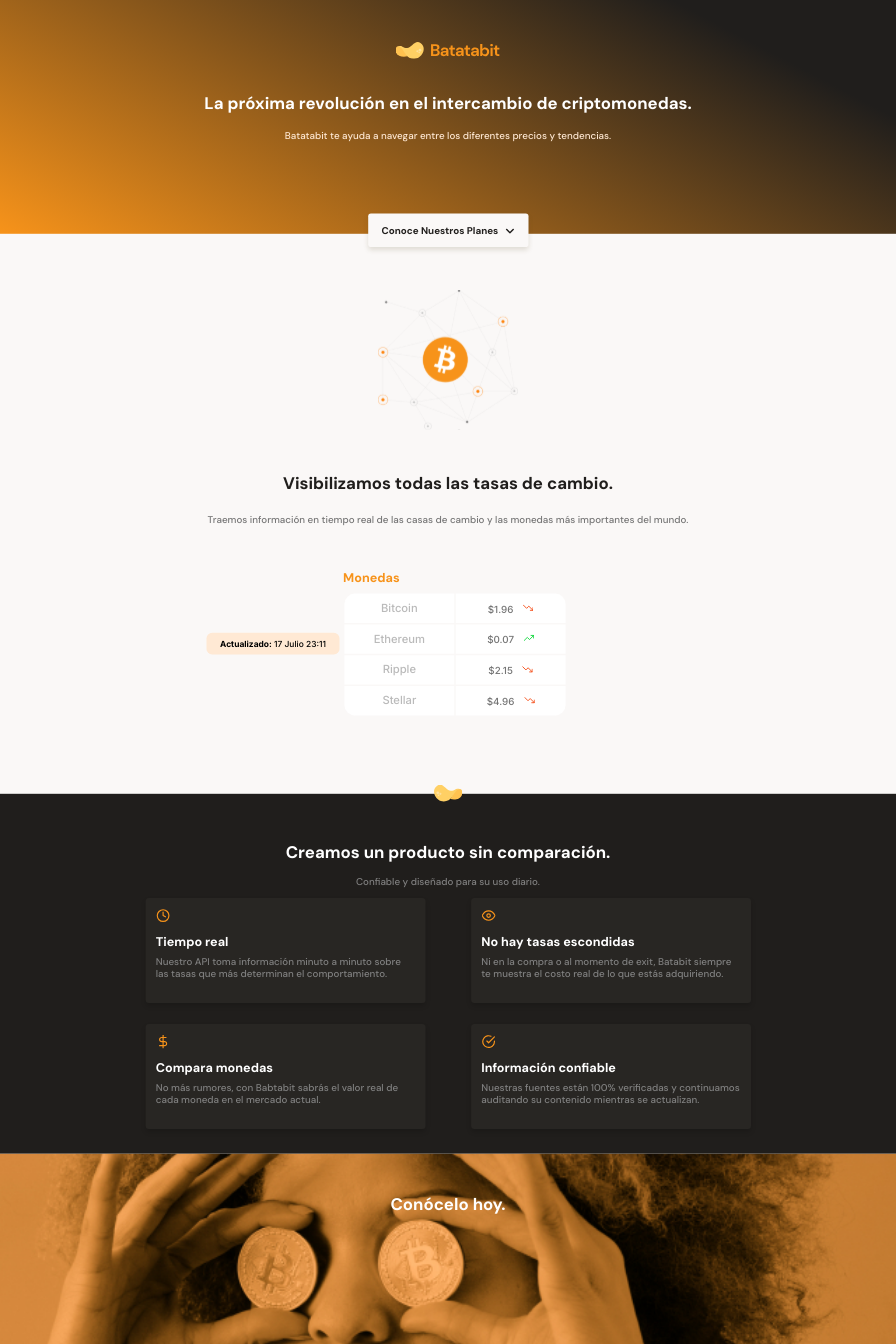
Repository: Pandrea-hub/Batatabit
Page: index.html
The author's editor kept a copy of each file at every save. The page is drawn from the files as they stood at one save, then again after the next save.
The browser window is 1280 px wide. The pictures show the part of the page from y = 0 to 1920 px (the page is 2718 px tall), at 70% of full size.

Above is the page before, as saved 2022-04-20 17:26:52.

After the next save:
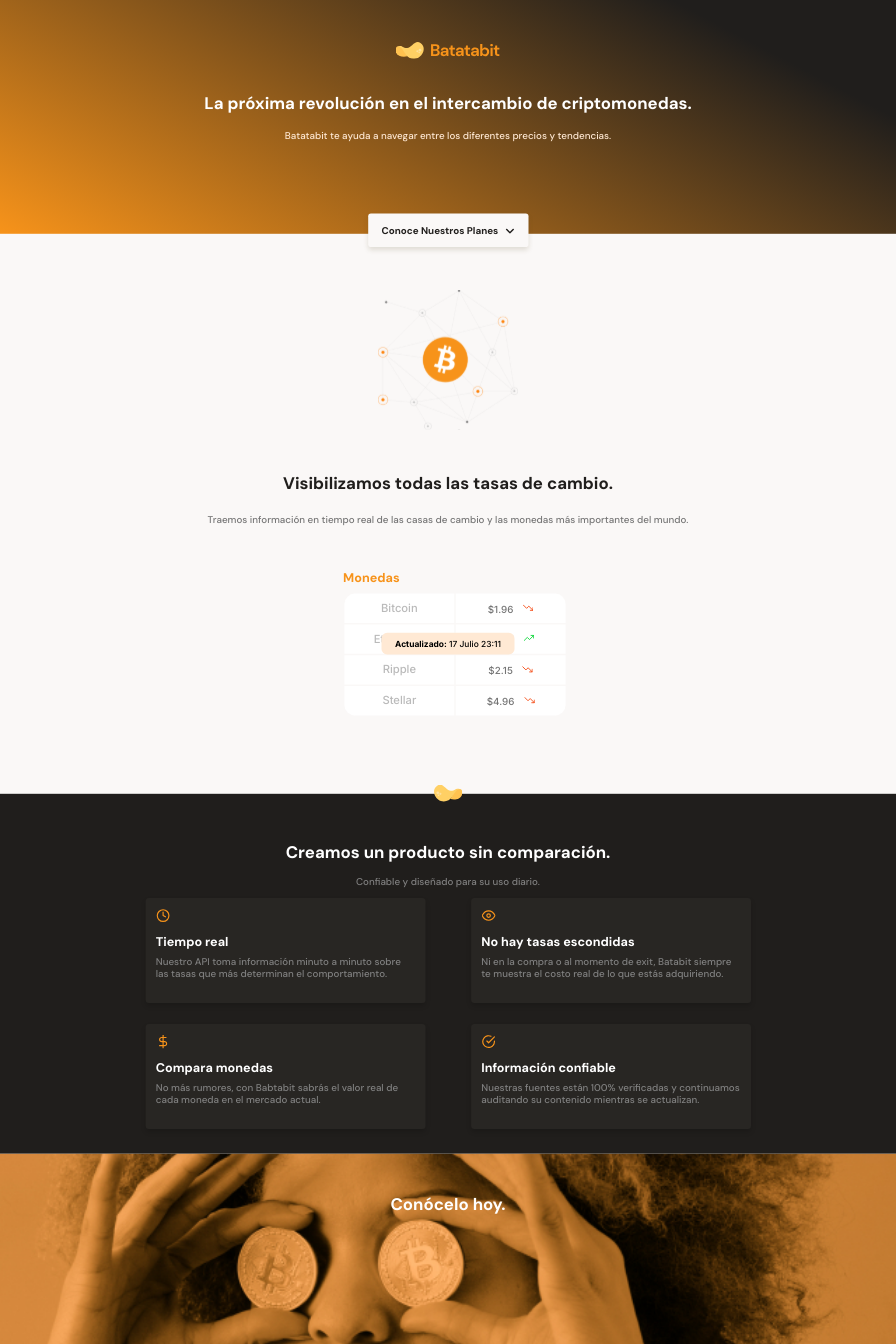
Saved 10 s later.
--- a/style.css
+++ b/style.css
@@ -327,7 +327,6 @@
     font-size: 12px;
     width: 190px;
     height: 31px;
-    right: calc(50%);
 
     padding: 8px;
     background-color:var(--soft-orange);
